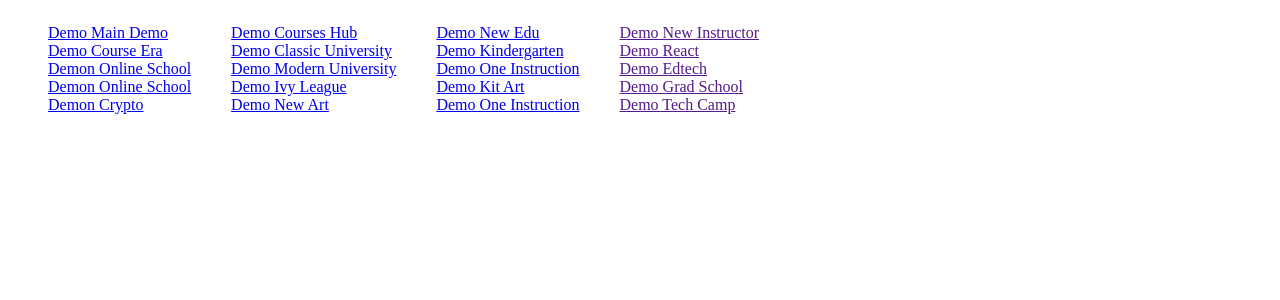
Repository: ibrkhalil/EduWebsite
Page: test.html
An editor plug-in stored every save of this project. The page is shown before and after the next save, followed by the edit.
The browser window is 1280 px wide. The pictures show the whole page.

Above is the page before, as saved 2020-11-18 15:10:05.

After the next save:
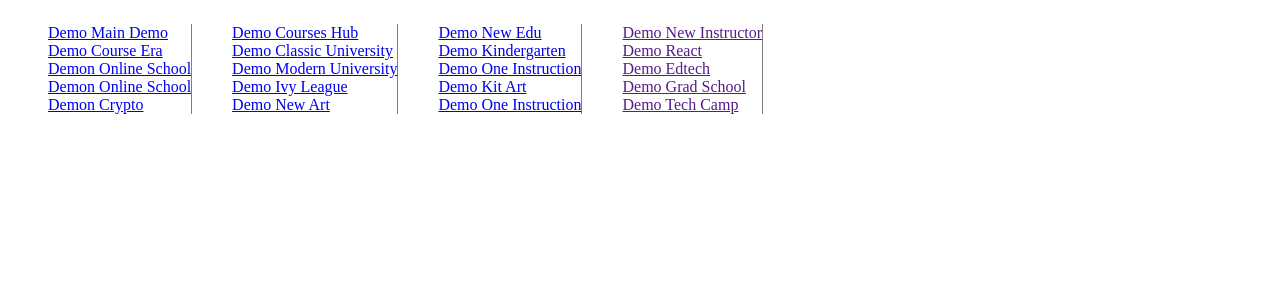
Saved 5 s later.
--- a/test.html
+++ b/test.html
@@ -45,7 +45,7 @@
     }
     ul{
         display: flex;
-        borderr
+        border-right: 1px solid gray;
         text-decoration: none;
         list-style-type: none;
         flex-direction: column;
